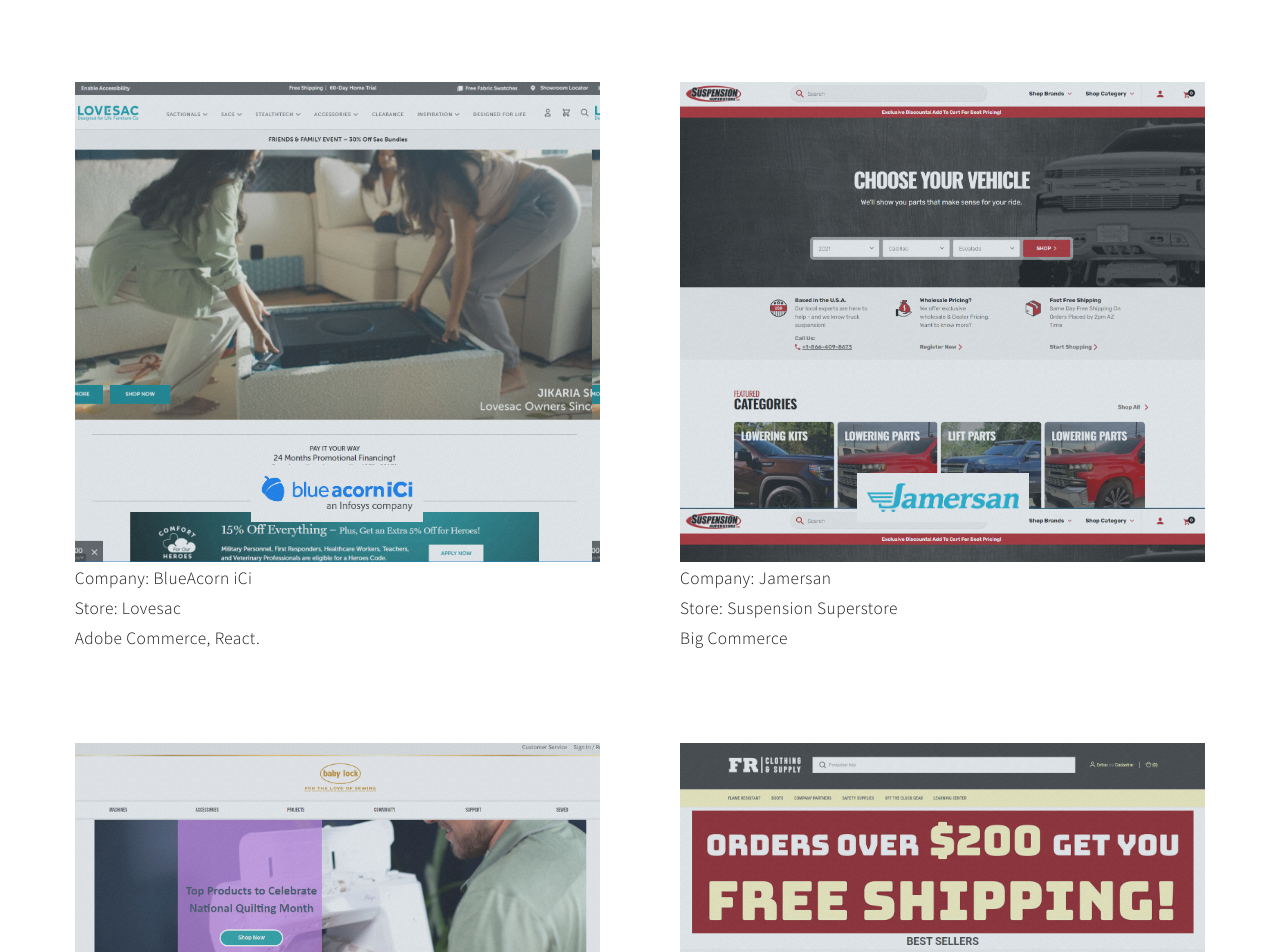
Repository: mauriciopazpp/mauriciopazpp.github.io
Page: index.html
The author's editor kept a copy of each file at every save. The page is drawn from the files as they stood at one save, then again after the next save.
The browser window is 1280 px wide. The pictures show the part of the page from y = 5548 to 6500 px (the page is 8769 px tall before and 8800 px after).
A picture or video elsewhere on the page could not be fetched, so the positions and the page height are approximate. Backgrounds fixed to the window are drawn as part of the page.

Above is the page before, as saved 2024-03-05 23:28:25.
Console error: TypeError: Cannot set properties of undefined (setting 'windowMargin')

### index.html
<!DOCTYPE HTML>
<html>
	<head>
		<title>Mauricio Paz</title>
		<meta charset="utf-8" />
		<meta name="viewport" content="width=device-width, initial-scale=1, user-scalable=no" />
		<link rel="stylesheet" href="assets/css/main.css" />
		<noscript><link rel="stylesheet" href="assets/css/noscript.css" /></noscript>
		<link rel="icon" type="image/x-icon" href="images/favicon.png">
	</head>
	<body class="is-preload">
		<!-- <img id="preload" src="images/preloader.gif"> -->
		<!-- Header -->
			<header id="header">
				<div class="logo-header">
					<img src="images/logo-2.png" alt="Mauricio Paz Pacheco CV">
				</div>
				<nav>
					<ul>
						<li><a href="#intro">Intro</a></li>
						<li><a href="#one">Who I am</a></li>
						<li><a href="#two">Skills and Certifications</a></li>
						<li><a href="#work">Experience</a></li>
						<li><a href="#portfolio">Portfolio</a></li>
						<li style="display: none;"><a href="#things">My Things</a></li>
						<li><a href="#contact">Contact</a></li>
					</ul>
				</nav>
			</header>

		<!-- Intro -->
			<section id="intro" class="main style1 dark fullscreen">
				<div class="content">
					<header>
						<h2>Mauricio Paz</h2>
					</header>
					<p>Enter the realm of my career.</p>
					<footer>
						<!-- <a href="#one" class="button style2 down">More</a> -->
						<a href="cv/Mauricio.pdf" target="_blank" class="button">Download CV</a>
						<a href="#one" class="button">More</a>
					</footer>
				</div>
			</section>

		<!-- One -->
			<section id="one" class="main style2 right dark fullscreen">
				<div class="content box style2">
					<header>
						<h2>Who I am</h2>
					</header>
					<p>Mauricio, <span id="age">35</span> years old, more than a decade of experience in the systems development field. Certified by Adobe. Married, living in the south of Brazil. I enjoy Rock, Heavy Metal, cats and games.</p>
					<p>Let's be friends, this is my insta <a href="https://www.instagram.com/mauricio.paz.p/" style="text-decoration: none; font-weight: bold;">@mauricio.paz.p</a></p>
				</div>
				<a href="#two" class="button style2 down anchored">Next</a>
			</section>

		<!-- Two -->
			<section id="two" class="main style2 left dark fullscreen">
				<div class="content box style2">
					<header>
						<h2>Skills</h2>
					</header>
					<p><b class="php">#php</b>, <b class="javascript">#javascript</b>, <b class="node">#node</b>, <b class="graphql">#graphql</b>, <b class="sql">#sql</b></p>
					<p><b class="adobecommerce">#adobecommerce</b>, <b class="bigcommerce">#bigcommerce</b>, <b class="shopify">#shopify</b>, <b class="pwastudio">#pwastudio</b></p>
					<p><b class="vuejs">#vuejs</b>, <b class="react">#react</b>, <b class="reactnative">#reactnative</b></p>
					<p><b class="git">#git</b>, <b class="warden">#warden</b>, <b class="docker">#docker</b>, <b class="commercecloud">#commercecloud</b></p>
					<p><b class="frontend">#frontend</b>, <b class="backend">#backend</b>, <b class="fullstack">#fullstack</b></p>
					<p><b class="english">#english</b>, <b class="portuguese">#portuguese</b></p>

					<br>

					<h2>Certifications</h2>
					<p>
						<b>
						- Adobe Certified Expert - Adobe Commerce Front-End Developer.
						<a href="https://www.credly.com/badges/2049df38-8aab-49f0-89bc-399480d42e42/linked_in" target="_blank">
							Check the link
						</a>
						</b>
					</p>

				</div>
				<a href="#work" class="button style2 down anchored">Next</a>
			</section>

		<!-- Work -->
			<section id="work" class="main style3 primary">
				<div class="content">
					<header>
						<h2>My Experience</h2>
						<p>Over the years, I have worked in various companies and faced challenges that have shaped my expertise in development. At BlueAcorn iCi, I participated in projects for major companies such as Lovesac and Sony, using Adobe Commerce and React. At Jamersan, I contributed to creating stores using BigCommerce. At Unimed, I had the opportunity to independently create software from scratch, developing highly robust systems that are still in use today. Currently, at IronPlane, I am expanding my knowledge in PWA Studio. My journey is a constant pursuit of technical excellence and the ability to positively impact through software development.</p>
					</header>

					<!-- Gallery  -->
						<div class="gallery">
							<article class="from-left" style="background: url(images/fulls/02.jpg);">
								<div class="description">
									<p><b>IronPlane</b> - <i>Portland, ME, USA</i> <br> 04/2023 - Current</p>
									<ul>
										<li>•  Designed and implemented stores using Adobe Commerce.</li>
										<li>•  Upgrade PWA Studio stores and bug fixes using Adobe Commerce, PWA Studio, React, webpack, GraphQL, HTML, and CSS.</li>
										<li>•  Code-reviews in BigCommerce and Adobe Commerce stores.</li>
									</ul>
								</div>
								<div class="company">
									<img src="images/comp/ironplane.svg" alt="ironplane" class="logo">
								</div>
								<!-- <a href="images/fulls/01.jpg" class="image fit"><img src="images/thumbs/01.jpg" title="The Anonymous Red" alt="" /></a> -->
							</article>
							<article class="from-right" style="background: url(images/fulls/05.jpg);">
								<div class="description">
									<p><b>Jamersan</b> - <i>Opelika, AL, USA</i> <br> 02/2023 - 12/2023</p>
									<ul>
										<li>•  Led the creation of stores, managing product imports, and crafting database management scripts using api, bash script, php and javascript.</li>
										<li>•  Designed and developed new stores using BigCommerce, incorporating webhooks, APIs, and app development.</li>
									</ul>
								</div>
								<div class="company">
									<img src="images/comp/jamersan.webp" alt="jamersan" class="logo">
								</div>
								<!-- <a href="images/fulls/02.jpg" class="image fit"><img src="images/thumbs/02.jpg" title="Airchitecture II" alt="" /></a> -->
							</article>
							<article class="from-left" style="background: url(images/fulls/01.jpg);">
								<div class="description">
									<p><b>BlueAcorn iCi</b> - <i>Charleston, SC, USA</i> <br>03/2021 - 02/2023</p>
									<ul>
										<li>•  Senior Front-end Developer, <i>a leading company in award-winning digital transformations for Fortune 500 companies.</i> I collaborated on large-scale projects, including creating digital experiences for renowned brands such as Apple and Sony.</li>
										<li>•  Led a Front-end development team on an Adobe Commerce project, ensuring timely and high-quality delivery.</li>
										<li>•  Development and enhancement of stores for renowned brands like Lovesac, using technologies such as Adobe Commerce, React, and advanced customization tools, such as product creation in a 3D environment.</li>
									</ul>
								</div>
								<div class="company">
									<img src="images/comp/blueacorn.png" alt="blueacornici" class="logo">
								</div>
								<!-- <a href="images/fulls/03.jpg" class="image fit"><img src="images/thumbs/03.jpg" title="Air Lounge" alt="" /></a> -->
							</article>
							<article class="from-right" style="background: url(images/fulls/03.jpg);">
								<div class="description">
									<p><b>MageMontreal</b> - <i>Sainte-Agathe-des-Monts/QC  Canada</i> <br>08/2020 - 02/2021</p>
									<ul>
										<li>•  Front-end Developer at MageMontreal, contributing to the development of multiple online stores using Adobe Commerce.</li>
										<li>•  Continuous Integration/Deployment Pipeline Integration, pull requests, code reviews.</li>
									</ul>
								</div>
								<div class="company">
									<img src="images/comp/magemontreal.svg" alt="magemontreal" class="logo" style="background: #f84601">
								</div>
								<!-- <a href="images/fulls/03.jpg" class="image fit"><img src="images/thumbs/03.jpg" title="Air Lounge" alt="" /></a> -->
							</article>
							<article class="from-left" style="background: url(images/fulls/04.jpg);">
								<div class="description">
									<p><b>Redstage</b> - <i>New York, NY, USA</i> <br>03/2019 - 08/2020</p>
									<ul>
										<li>• Initiated the creation of work automation scripts, proposing tasks such as branch creation, automatic status updates in Jira, pull request creation via terminal, and development of a webhook on GitHub to send automatic notifications to Slack.</li>
										<li>•  Full Stack Developer, responsible for the creation and updates of stores using Adobe Commerce.</li>
									</ul>
								</div>
								<div class="company">
									<img src="images/comp/fulcrum.webp" alt="fulcrum" class="logo">
								</div>
								<!-- <a href="images/fulls/03.jpg" class="image fit"><img src="images/thumbs/03.jpg" title="Air Lounge" alt="" /></a> -->
							</article>
							<article class="from-right" style="background: url(images/fulls/06.jpg);">
								<div class="description">
									<p><b>KolinaLabs</b> - <i>Guarapuava, PR, Brazil</i> <br>06/2018 - 02/2019</p>
									<ul>
										<li>•  Development of system applications, including a solar panel system for Sices Brasil, the largest solar panel producer in Latin America.</li>
										<li>•  Creation and maintenance of apps using Vue.js, webpack, Sass, among others, to ensure efficient and high-quality implementation.</li>
										<li>•  BI Developer, creating an advanced dashboard using QlikSense to enhance data analysis and decision-making at Sices Brasil.</li>
									</ul>
								</div>
								<div class="company">
									<img src="images/comp/kolinalabs.png" alt="kolinalabs" class="logo">
								</div>
								<!-- <a href="images/fulls/03.jpg" class="image fit"><img src="images/thumbs/03.jpg" title="Air Lounge" alt="" /></a> -->
							</article>
							<article class="from-left" style="background: url(images/fulls/06.jpg);">
								<div class="description">
									<p><b>Unimed</b> - <i>Guarapuava, PR, Brazil</i> <br>08/2015 - 06/2018</p>
									<ul>
										<li>•  Largest healthcare company in latin america, I developed approximately 12 systems using Laravel independently, including 2 large systems that continued to be used for over 6 years, even after my departure from the company.</li>
										<li>•  Responsible for the entire system development process, from gathering requirements to development, deployment, testing, and support.</li>
										<li>•  I created a workflow system that automated all internal processes, providing greater ease of work for everyone.</li>
										<li>•  I conceptualized and developed a system that reduced an employee's workload time from 2 months to just 1 minute, automating the compression and sending of multiple PDFs via email to health plan beneficiaries.</li>
									</ul>
								</div>
								<div class="company">
									<img src="images/comp/unimed.png" alt="Unimed" class="logo" style="padding: 0;">
								</div>
								<!-- <a href="images/fulls/03.jpg" class="image fit"><img src="images/thumbs/03.jpg" title="Air Lounge" alt="" /></a> -->
							</article>
							<article class="from-right" style="background: url(images/fulls/06.jpg);    display: flex;
							align-content: center;
							justify-content: center;
							align-items: center;">
								<a href="https://www.linkedin.com/in/m-paz/details/experience/">
									<p><b style="color: white; text-decoration: underline;" target="_blank">See More</b></p>
								</a>
							</article>
						</div>
				</div>
			</section>

		<!-- Portfolio -->
		<section id="portfolio" class="main style3 primary">
			<div class="content">
				<header>
					<h2>Portfolio</h2>
					<p>Lorem ipsum dolor sit amet consectetur adipisicing elit. Quisquam ipsam suscipit, facere veniam voluptas explicabo magni quidem quasi vel consequuntur nemo unde at dolore, nulla aut nostrum. Quae, ex quo.</p>
				</header>

				<!-- Gallery  -->
					<div class="gallery">
						<article class="from-left">
							<div class="image"  style="background: url(images/portfolio/lovesac.png);">
								<div class="description"></div>
								<div class="company">
									<img src="images/comp/blueacorn.png" alt="Blueacorn" class="logo">
								</div>
							</div>
							<div class="information">
								<p>Company: BlueAcorn iCi</p>
								<p>Store: Lovesac</p>
								<p>Adobe Commerce, React.</p>
							</div>
						</article>
						<article class="from-right">
							<div class="image"  style="background: url(images/portfolio/ss.png);">
								<div class="description"></div>
								<div class="company">
									<img src="images/comp/jamersan.webp" alt="Jamersan" class="logo">
								</div>
							</div>
							<div class="information">
								<p>Company: Jamersan</p>
								<p>Store: Suspension Superstore</p>
								<p>Big Commerce</p>
							</div>
						</article>
						<article class="from-left">
							<div class="image"  style="background: url(images/portfolio/babylock.png);">
								<div class="description"></div>
								<div class="company">
									<img src="images/comp/ironplane.svg" alt="ironplane" class="logo">
								</div>
							</div>
							<div class="information">
								<p>Company: IronPlane</p>
								<p>Store: Baby Lock</p>
								<p>Adobe Commerce</p>
							</div>
						</article>
						<article class="from-right">
							<div class="image"  style="background: url(images/portfolio/fr.png);">
								<div class="description"></div>
								<div class="company">
									<img src="images/comp/jamersan.webp" alt="Jamersan" class="logo">
								</div>
							</div>
							<div class="information">
								<p>Company: Jamersan</p>
								<p>Store: FR Clothing Supply</p>
								<p>Big Commerce</p>
							</div>
						</article>
						<article class="from-left">
							<div class="image"  style="background: url(images/portfolio/jura.png);">
								<div class="description"></div>
								<div class="company">
									<img src="images/comp/fulcrum.webp" alt="Fulcrum" class="logo">
								</div>
							</div>
							<div class="information">
								<p>Company: Redstage (Fulcrum)</p>
								<p>Store: Jura</p>
								<p>Adobe Commerce</p>
							</div>
						</article>
						<article class="from-right">
							<div class="image"  style="background: url(images/portfolio/lee.png);">
								<div class="description"></div>
								<div class="company">
									<img src="images/comp/blueacorn.png" alt="BlueAcorn" class="logo">
								</div>
							</div>
							<div class="information">
								<p>Company: BlueAcorn iCi</p>
								<p>Store: Lee Industries</p>
								<p>Adobe Commerce</p>
							</div>
						</article>
					</div>
			</div>
		</section>

		<!-- Contact -->
			<section id="contact" class="main style3 secondary">
				<div class="content">
					<header>
						<h2>Say Hello.</h2>
						<p>Whether you have a question, want to collaborate, or just say hello, I'd love to hear from you.</p>
					</header>
					<div class="box">
						<form method="post" action="https://formspree.io/xaypakzd">
							<div class="fields">
								<div class="field half"><input type="text" name="username" placeholder="Name" required/></div>
								<div class="field half"><input type="email" name="email" placeholder="Email" required /></div>
								<div class="field"><textarea name="message" placeholder="Message" rows="6" required></textarea></div>
							</div>
							<ul class="actions special">
								<li><input type="submit" value="Send Message" /></li>
							</ul>
						</form>
					</div>
					<h2>You can also message me using social apps</h2>
					<ul class="list-inline fullscreen-nav-holder">
						<li><a class="text-uppercase" href="https://www.linkedin.com/in/m-paz/?locale=en_US">Linkedin</a></li>
						<li><a class="text-uppercase" href="https://www.instagram.com/mauricio.paz.p/">Instagram</a></li>
						<li><a class="text-uppercase" href="https://wa.me/5542984152452?text=Hi%21+I+came+across+your+linkedin+profile">Whatsapp</a></li>
					</ul>
					<ul class="list-inline fullscreen-nav-holder">
						<li><b>mauriciopazdev@gmail.com</b></li>
						<li><b>+55 42 9-8415-24-52</b></li>
					</ul>

					<h2 style="color: cornflowerblue; margin-bottom: 30px">
						Thanks for stopping by!
					</h2>
					<br>
				</div>
			</section>

			<!-- Things -->
			<section id="things" class="main style3 primary" style="display: none;">
				<div class="content">
					<header>
						<h2>My Things</h2>
						<p>I believe that our professional life is closely linked to who we are and what we enjoy, so here are some of my childhood and teenager works.</p>
					</header>

					<!-- Gallery  -->
					<h3>Drawings</h3>
					<div class="gallery">
						<article class="from-left">
							<img src="images/things/draw.jpg">
						</article>
						<article class="from-right">
							<img src="images/things/draw2.jpg">
						</article>
					</div>
					<h3>Drawings in MsPaint, before touch screen exist</h3>
					<div class="gallery">
						<article class="from-left">
							<img src="images/things/paint3.jpg">
						</article>
						<article class="from-right">
							<img src="images/things/paint.jpg">
						</article>
					</div>
					<h3>3D modeling work, before become a developer</h3>
					<div class="gallery">
						<article class="from-left">
							<img src="images/things/3d.jpg">
						</article>
						<article class="from-right">
							<img src="images/things/3d3.jpg">
						</article>
					</div>
				</div>
			</section>

		<!-- Footer -->
			<footer id="footer">

				<!-- Icons -->
					<ul class="icons">
						<li><a href="https://www.facebook.com/mauriciopazpacheco" class="icon brands fa-facebook-f"><span class="label">Facebook</span></a></li>
						<li><a href="https://www.instagram.com/mauricio.paz.p/" class="icon brands fa-instagram"><span class="label">Instagram</span></a></li>
						<li><a href="https://www.linkedin.com/in/m-paz/?locale=en_US" class="icon brands fa-linkedin-in"><span class="label">LinkedIn</span></a></li>
					</ul>

				<!-- Menu -->
					<ul class="menu">
						<li>Mauricio Paz Pacheco</li><li></li>
					</ul>

			</footer>

		<!-- Scripts -->
			<script src="assets/js/jquery.min.js"></script>
			<script src="assets/js/jquery.poptrox.min.js"></script>
			<script src="assets/js/jquery.scrolly.min.js"></script>
			<script src="assets/js/jquery.scrollex.min.js"></script>
			<script src="assets/js/browser.min.js"></script>
			<script src="assets/js/breakpoints.min.js"></script>
			<script src="assets/js/util.js"></script>
			<script src="assets/js/main.js"></script>
	</body>
	<script>
		const dob = new Date('1988-12-08');
		const now = new Date();
		let age = now.getFullYear() - dob.getFullYear();
		if (now.getMonth() < dob.getMonth() || (now.getMonth() === dob.getMonth() && now.getDate() < dob.getDate())) {
			age--;
		}
		document.getElementById('age').textContent = age;
	</script>
</html>

Loaded but not shown: assets/js/jquery.min.js (library); assets/css/fontawesome-all.min.css (library); assets/js/jquery.poptrox.min.js (library); assets/js/jquery.scrolly.min.js (common file); assets/js/jquery.scrollex.min.js (common file); assets/js/browser.min.js (common file); assets/js/breakpoints.min.js (common file); assets/js/util.js (587 lines, source omitted); assets/js/main.js (219 lines, source omitted); assets/css/main.css (2540 lines, source omitted)

After the next save:
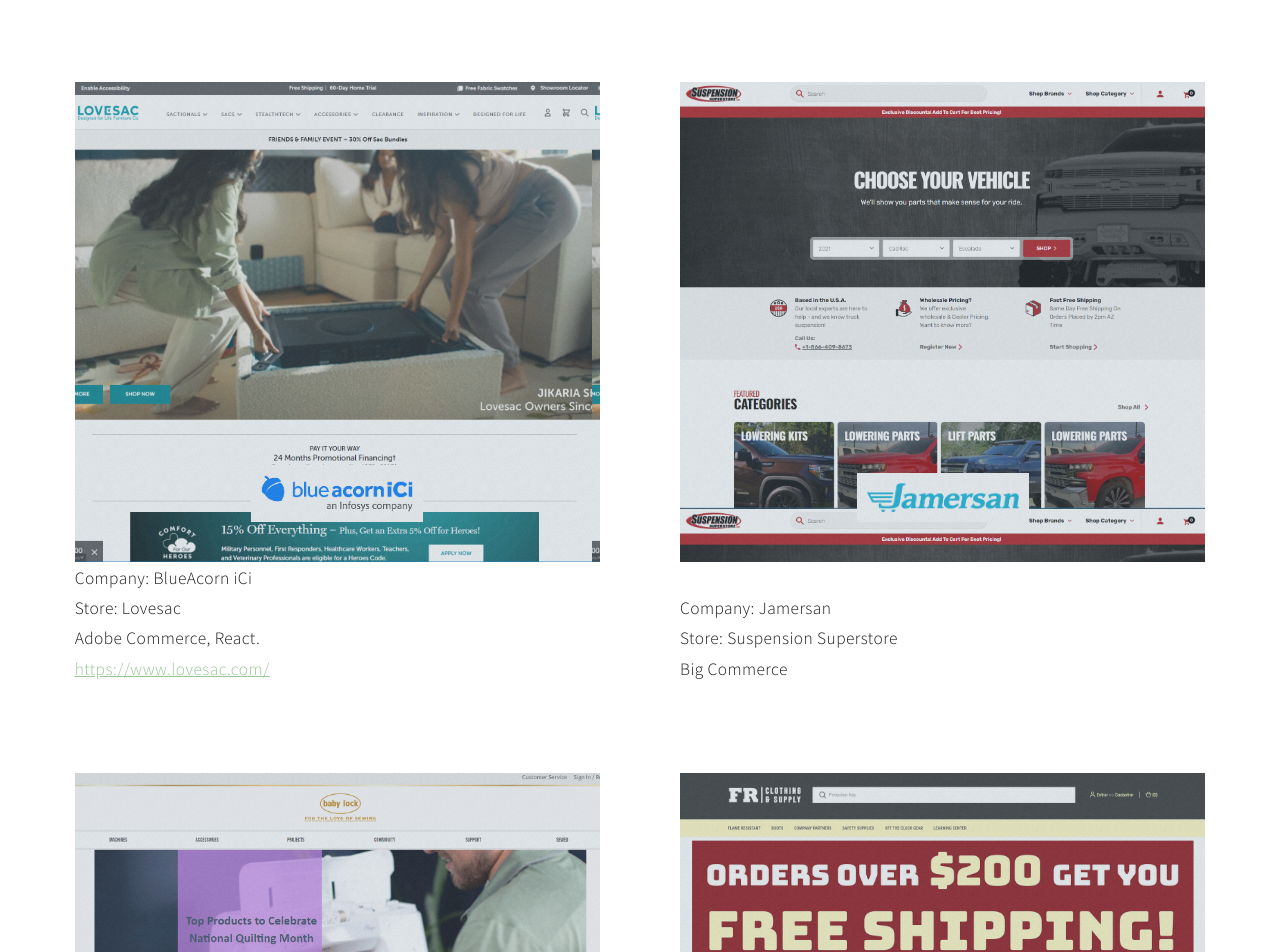
Saved 28 s later.
--- a/index.html
+++ b/index.html
@@ -223,6 +223,7 @@
 								<p>Company: BlueAcorn iCi</p>
 								<p>Store: Lovesac</p>
 								<p>Adobe Commerce, React.</p>
+								<p><a href="https://www.lovesac.com/">https://www.lovesac.com/</a></p>
 							</div>
 						</article>
 						<article class="from-right">
